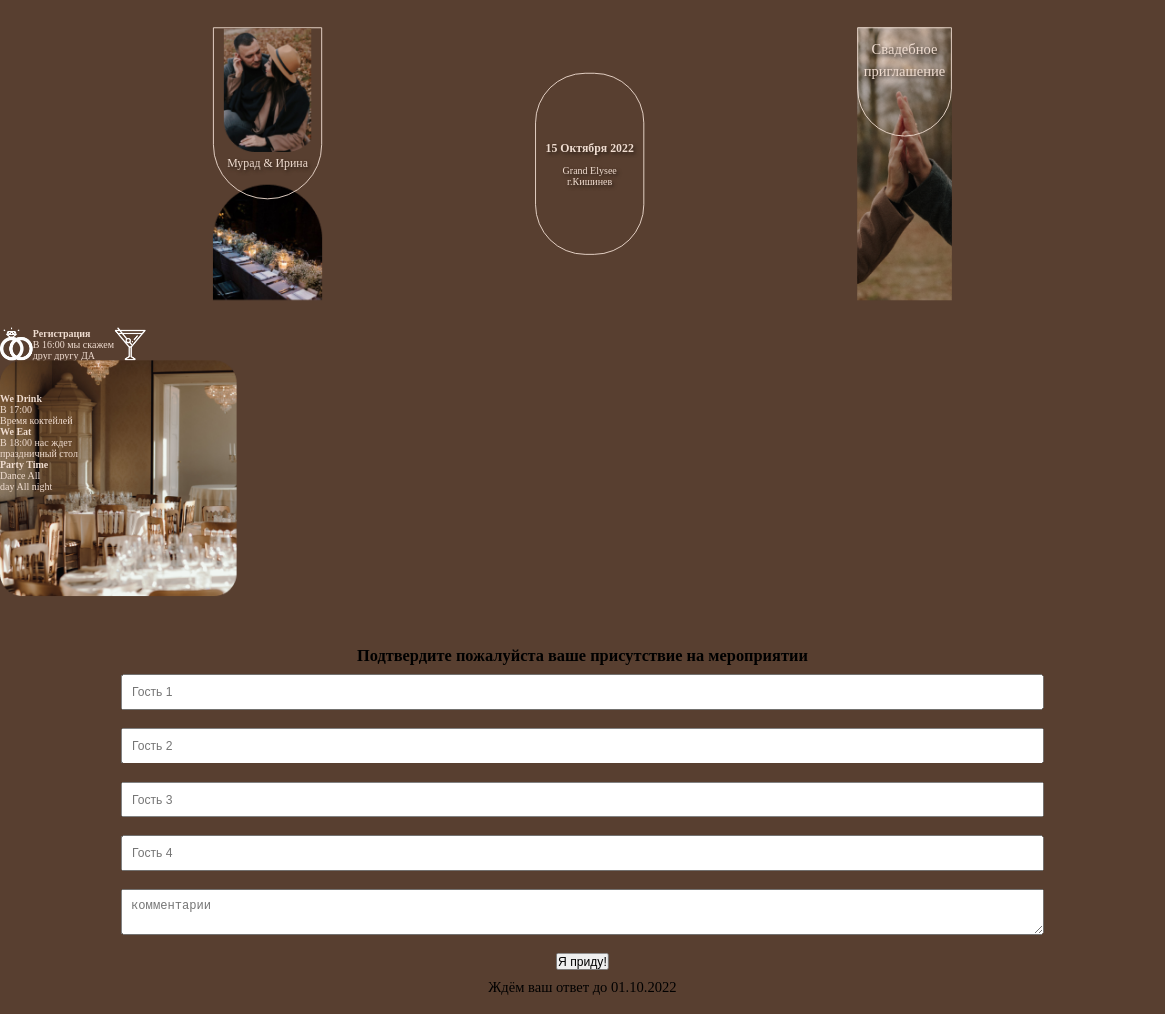
Repository: Anthony8845/wedding_invitation
Page: index.html
These files come from the project's save history. The page is drawn as it stood at one moment and after the next save; the edit follows.
The browser window is 1280 px wide. The pictures show the whole page, at 91% of full size.

Above is the page before, as saved 2022-07-29 18:20:39.

After the next save:
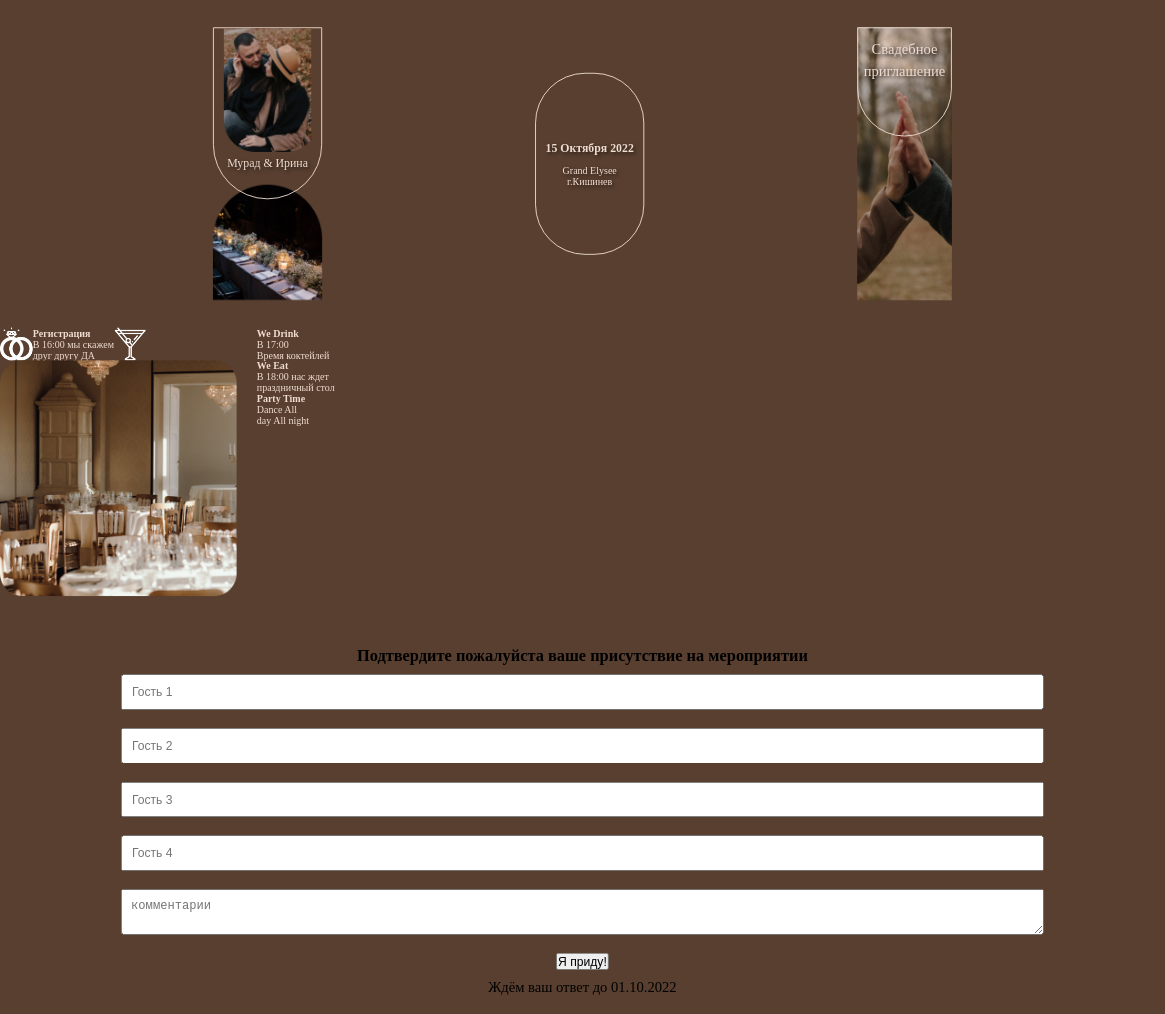
Saved 5 s later.
--- a/style.css
+++ b/style.css
@@ -108,7 +108,7 @@ body{
 }
 .timetable_block {
     max-width: 260px;
-    max-height: 36px;
+    /* max-height: 36px; */
     display: flex;
 
 }
